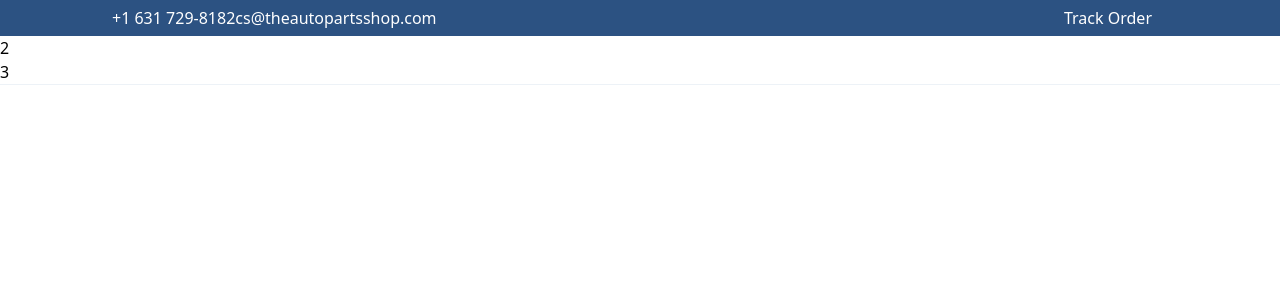
Repository: robindhimanspineor/TAPS-Next
Page: /
The author's editor kept a copy of each file at every save. The page is drawn from the files as they stood at one save, then again after the next save.
The browser window is 1280 px wide. The pictures show the whole page.
The project was rebuilt for these pictures with package versions that can differ from the ones it lists, and the page was loaded fresh each time. The framework's server and built-in components were replaced by stand-ins that run in the browser. Also part of the build but not shown: next.config.js.

Above is the page before, as saved 2021-09-16 15:06:00.

After the next save:
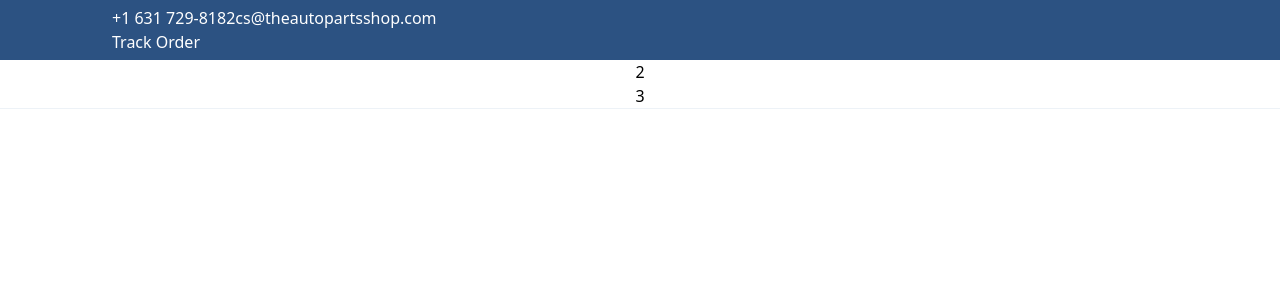
Saved 58 s later.
--- a/src/components/common/header/index.js
+++ b/src/components/common/header/index.js
@@ -1,8 +1,8 @@
 const Header = () => {
   return (
     <header className="flex flex-col items-center justify-center w-full static border-b z-50">
-      <div className="w-screen max-w-screen-xl flex flex-col">
-        <div className="head-top flex justify-between py-1.5 pr-32 pl-28 bg-blue-800 w-full">
+      <div className="head-top flex justify-between py-1.5 pr-32 pl-28 bg-blue-800 w-full">
+        <div className="w-screen max-w-screen-xl">
           <div className="head-top-left flex text-white font-medium w-9/12">
             <div className="head-top phone">
               <span></span>
@@ -17,9 +17,9 @@
             Track Order
           </div>
         </div>
-        <div>2</div>
-        <div>3</div>
       </div>
+      <div>2</div>
+      <div>3</div>
     </header>
   );
 };

After the save that followed:
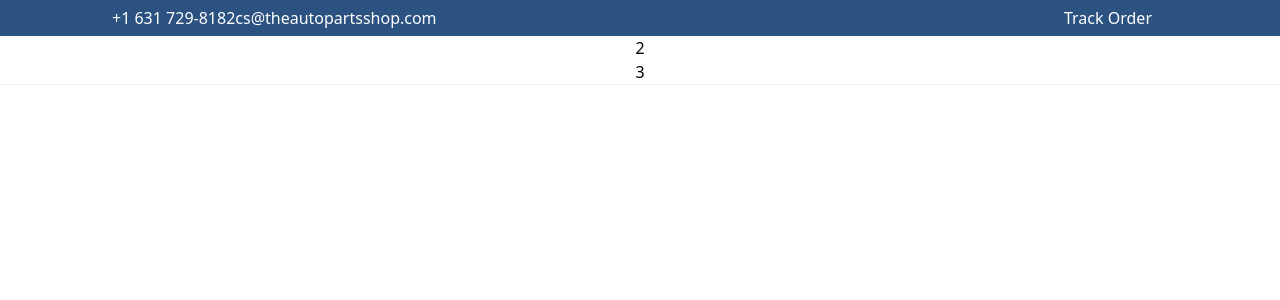
Saved 91 s later.
--- a/src/components/common/header/index.js
+++ b/src/components/common/header/index.js
@@ -2,7 +2,7 @@
   return (
     <header className="flex flex-col items-center justify-center w-full static border-b z-50">
       <div className="head-top flex justify-between py-1.5 pr-32 pl-28 bg-blue-800 w-full">
-        <div className="w-screen max-w-screen-xl">
+        <div className="w-screen max-w-screen-xl flex justify-between">
           <div className="head-top-left flex text-white font-medium w-9/12">
             <div className="head-top phone">
               <span></span>
